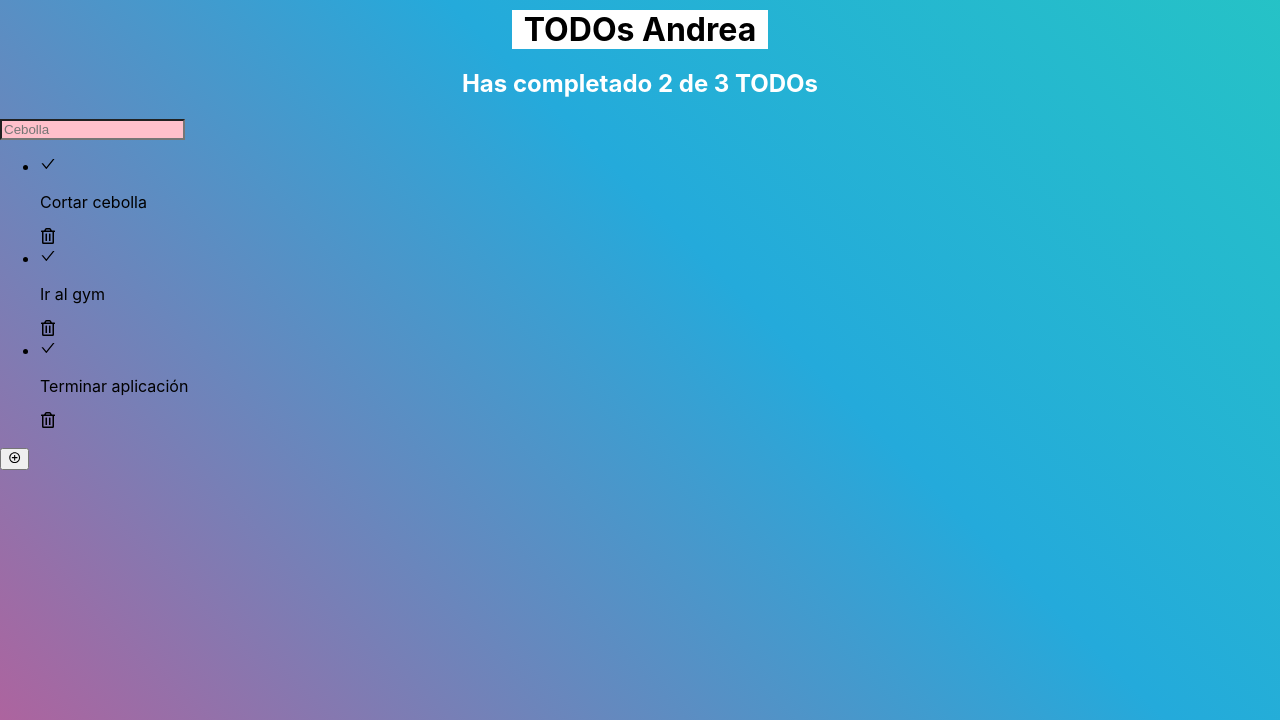
Repository: Pandrea-hub/TODOs
Page: /
These files come from the project's save history. The page is drawn as it stood at one moment and after the next save; the edit follows.
The browser window is 1280 px wide. The pictures show the whole page.
The project was rebuilt for these pictures with package versions that can differ from the ones it lists, and the page was loaded fresh each time. Also part of the build but not shown: src/TodoItem.css.

Above is the page before, as saved 2022-06-07 09:23:36.

After the next save:
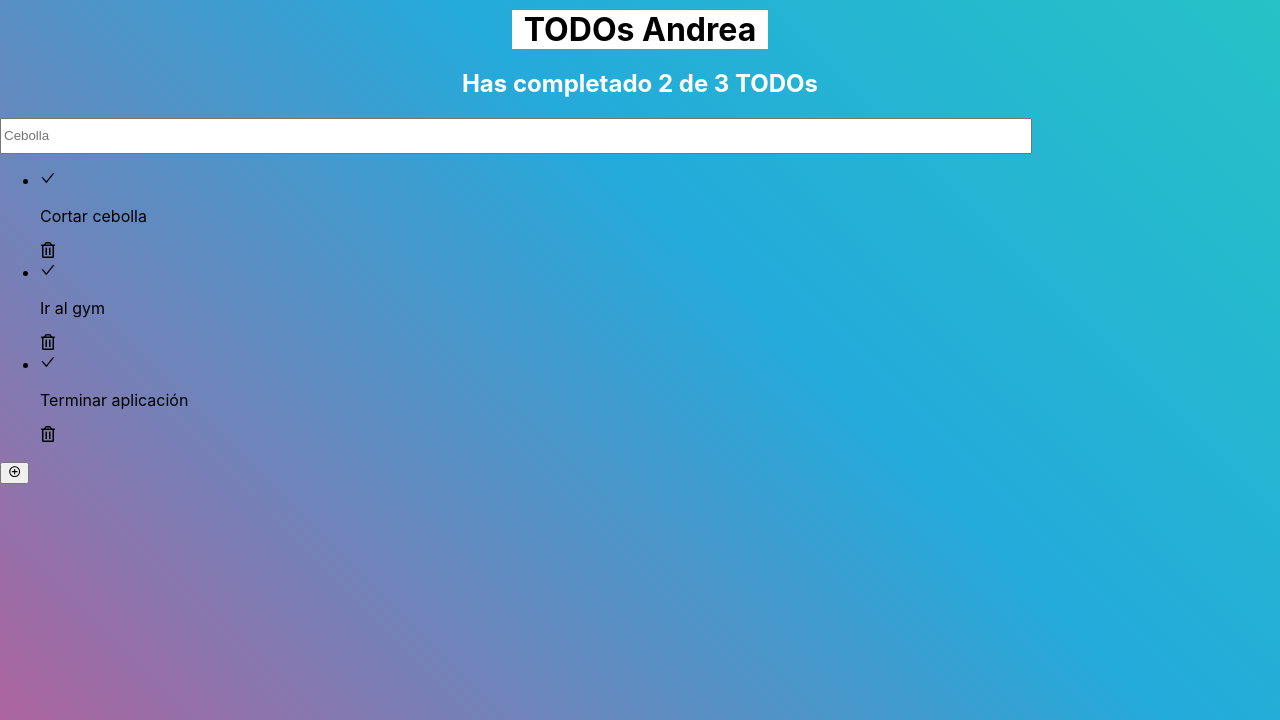
Saved 62 s later.
--- a/src/TodoSearch.css
+++ b/src/TodoSearch.css
@@ -1,4 +1,5 @@
 input {
     outline: none;
-    background-color:pink;
+    width: 80%;
+    height: 30px;
 }
